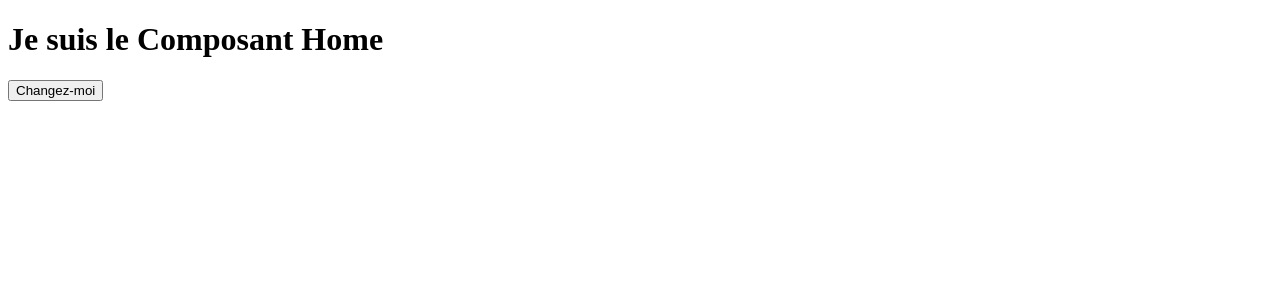
Repository: Symfomany/reacthoc
Page: /
These files come from the project's save history. The page is drawn as it stood at one moment and after the next save; the edit follows.
The browser window is 1280 px wide. The pictures show the whole page.
The project was rebuilt for these pictures with package versions that can differ from the ones it lists, and the page was loaded fresh each time.

Above is the page before, as saved 2018-06-05 19:21:18.

After the next save:
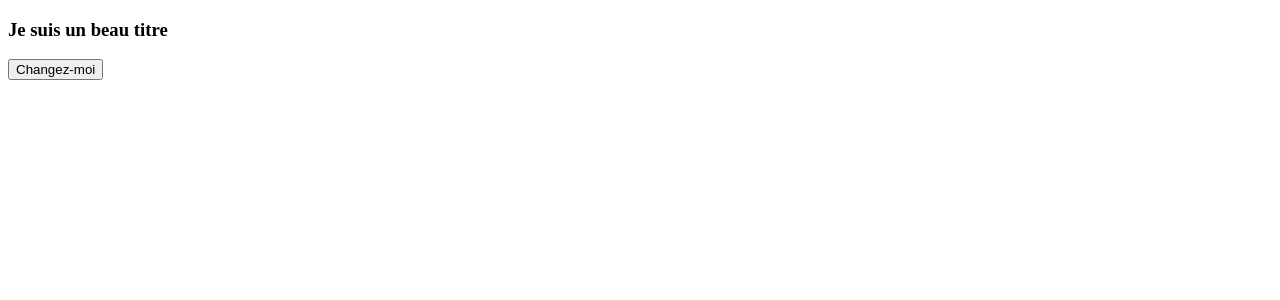
Saved 81 s later.
--- a/src/components/Home.js
+++ b/src/components/Home.js
@@ -1,18 +1,24 @@
 import React, { Component } from "react";
 import Title from "./Title";
+import Card from "../facc/Card";
+
+import Store from "../store/index.js";
 /**
  * Composant Home
  */
 class Home extends Component {
   constructor(props) {
     super(props);
-    this.state = {};
+    this.state = {
+      store: Store
+    };
   }
   render() {
     return (
       <div>
-        <h1>Je suis le Composant Home </h1>
-        <Title />
+        <Card title="Je suis un beau titre">
+          <Title />
+        </Card>
       </div>
     );
   }
